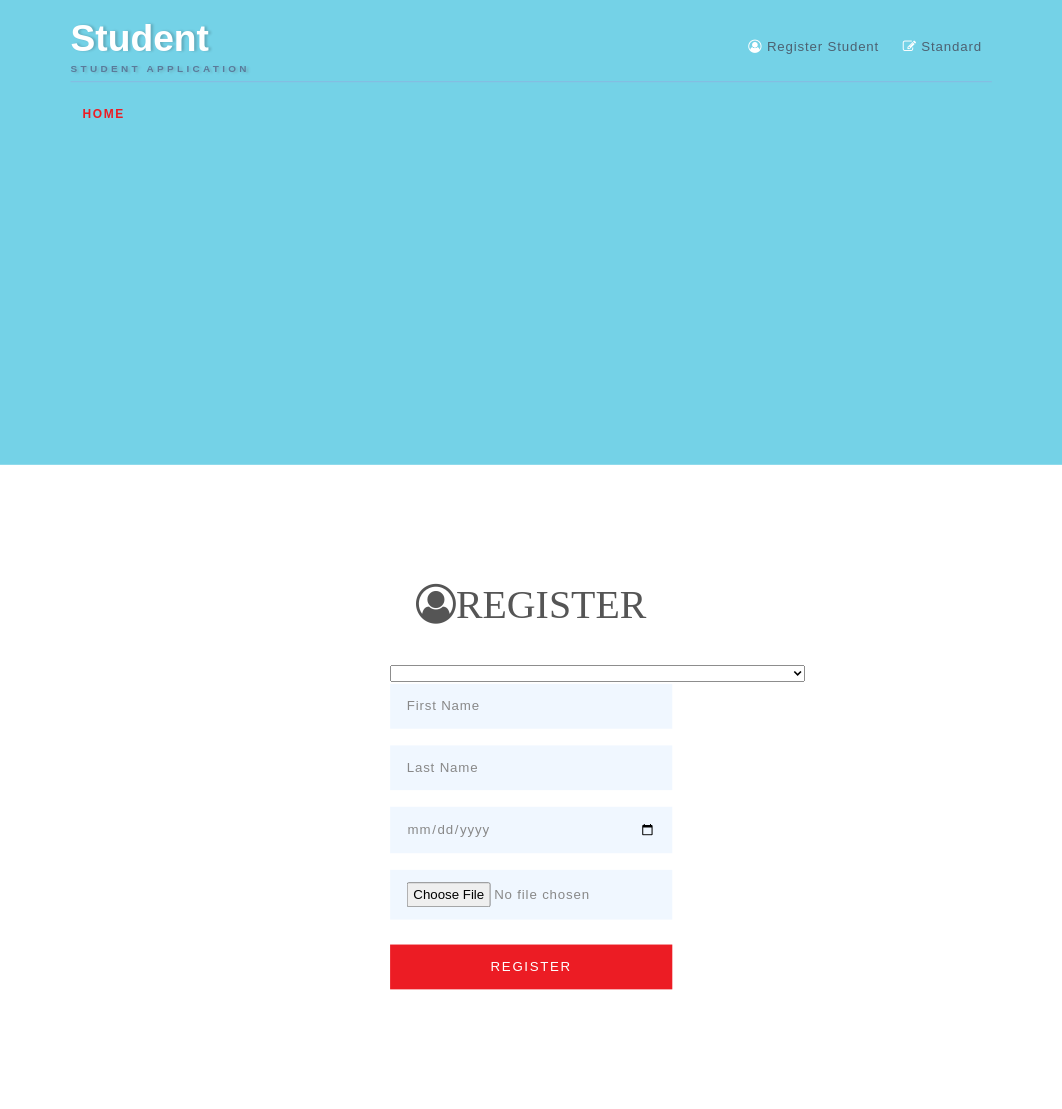
Repository: PallaviMadiya/Java-Framework-
Page: http://localhost/StudentApplication/register.jsp
An editor plug-in stored every save of this project. The page is shown before and after the next save, followed by the edit.
The browser window is 1280 px wide. The pictures show the whole page, at 83% of full size.
Some web fonts or font styles are not loaded; a fallback is used. The page is served by Tomcat 9. Queries for data that is not in the repository find no rows.

Above is the page before, as saved 2023-10-17 14:22:24.

After the next save:
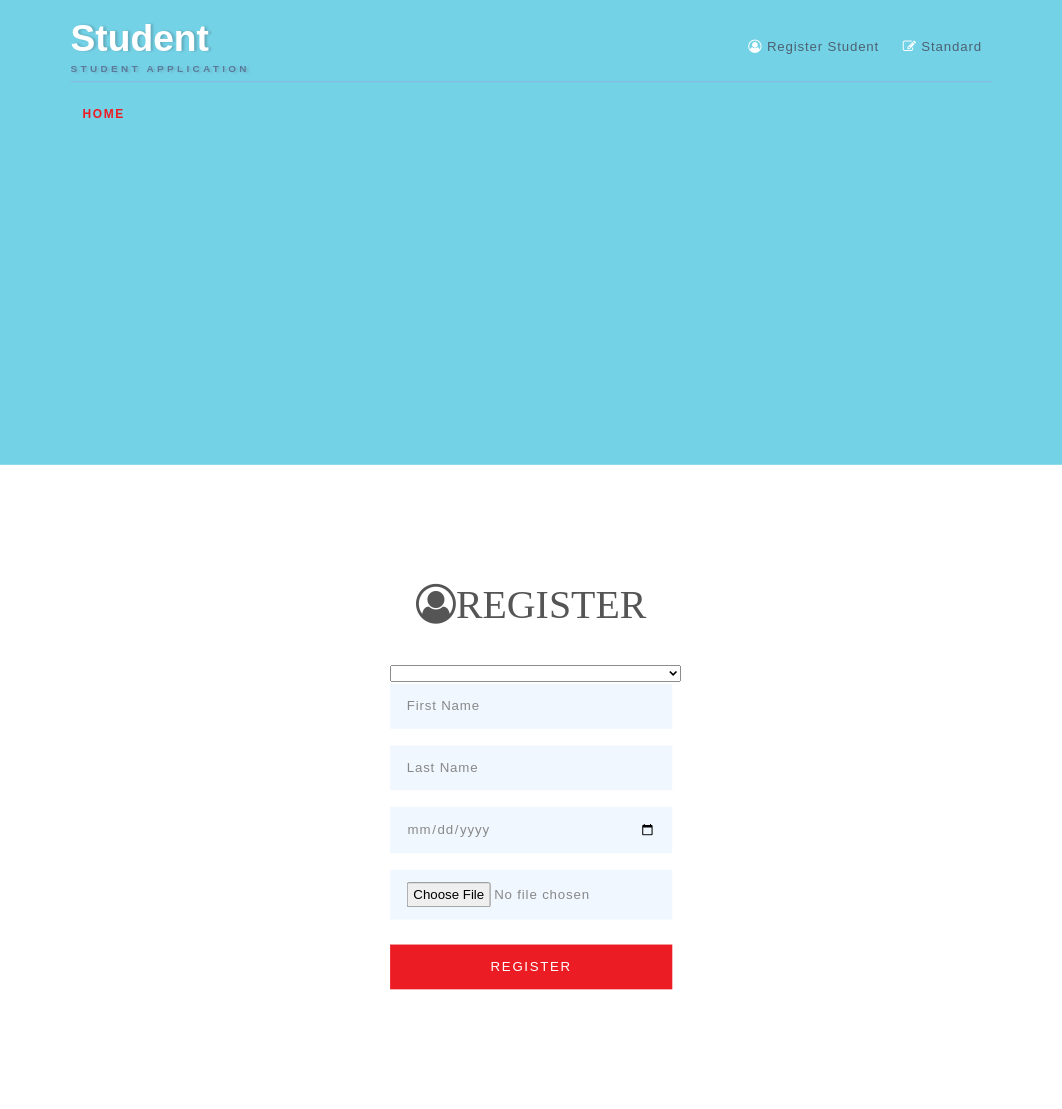
Saved 12 s later.
--- a/StudentApplication/src/main/webapp/register.jsp
+++ b/StudentApplication/src/main/webapp/register.jsp
@@ -25,7 +25,7 @@
                     <form action="StudentController" method="post">
                         <%List<Standard> list = StudentDao.getStandardList(); %>
 
-                    	<select name="Standard" style="width:500px;">
+                    	<select name="Standard" style="width:350px;">
 							<% for (Standard l : list) { %>
 								<option value="<%=l.getName() %>"><%=l.getName() %></option>
 							<%System.out.println(list); } %>
